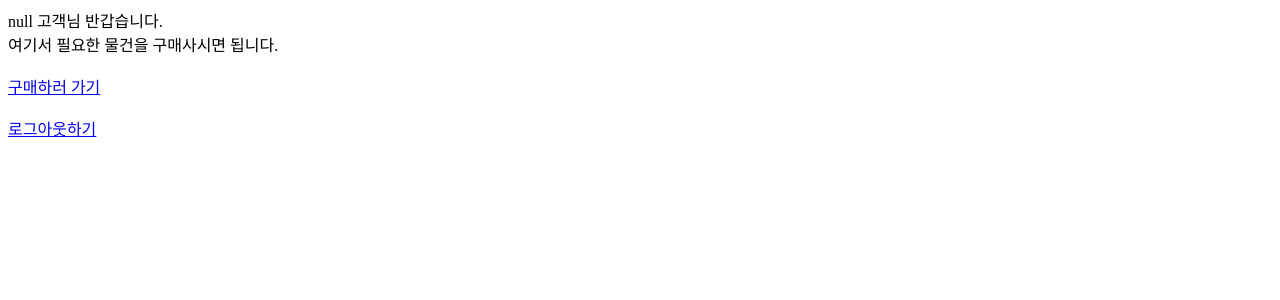
Repository: huny4daniel/jsp-study
Page: http://localhost/pro0331/WebContents/login2/home.jsp
The author's editor kept a copy of each file at every save. The page is drawn from the files as they stood at one save, then again after a run of saves.
The browser window is 1280 px wide. The pictures show the whole page.
The page is served by Tomcat 9. Other server files are loaded and not shown.

Above is the page before, as saved 2026-03-31 05:50:32.

### pro0331/WebContents/login2/home.jsp
<%@ page language="java" contentType="text/html; charset=UTF-8"
    pageEncoding="UTF-8"%>
<!DOCTYPE html>
<html>
<head>
<meta charset="UTF-8">
<title>Insert title here</title>
</head>
<body>
<%= session.getAttribute("LOGNAME") %> 고객님 반갑습니다. <br>
여기서 필요한 물건을 구매사시면 됩니다. <br><br>
<a href="purchase.jsp">구매하러 가기</a> <br><br>

<a href="logout.jsp">로그아웃하기</a>
</body>
</html>

After the next 2 saves:
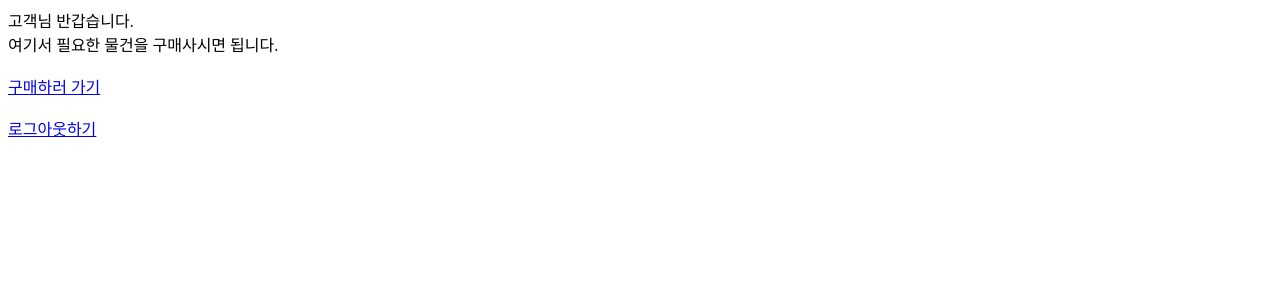
The 2 saves are shown as one change because they came seconds apart.
The last was saved 74 s later.
--- a/pro0331/WebContents/login2/home.jsp
+++ b/pro0331/WebContents/login2/home.jsp
@@ -1,5 +1,6 @@
 <%@ page language="java" contentType="text/html; charset=UTF-8"
     pageEncoding="UTF-8"%>
+<%@ page import="my.util.User" %>
 <!DOCTYPE html>
 <html>
 <head>
@@ -7,7 +8,10 @@
 <title>Insert title here</title>
 </head>
 <body>
-<%= session.getAttribute("LOGNAME") %> 고객님 반갑습니다. <br>
+<%
+
+%>
+고객님 반갑습니다. <br>
 여기서 필요한 물건을 구매사시면 됩니다. <br><br>
 <a href="purchase.jsp">구매하러 가기</a> <br><br>
 
